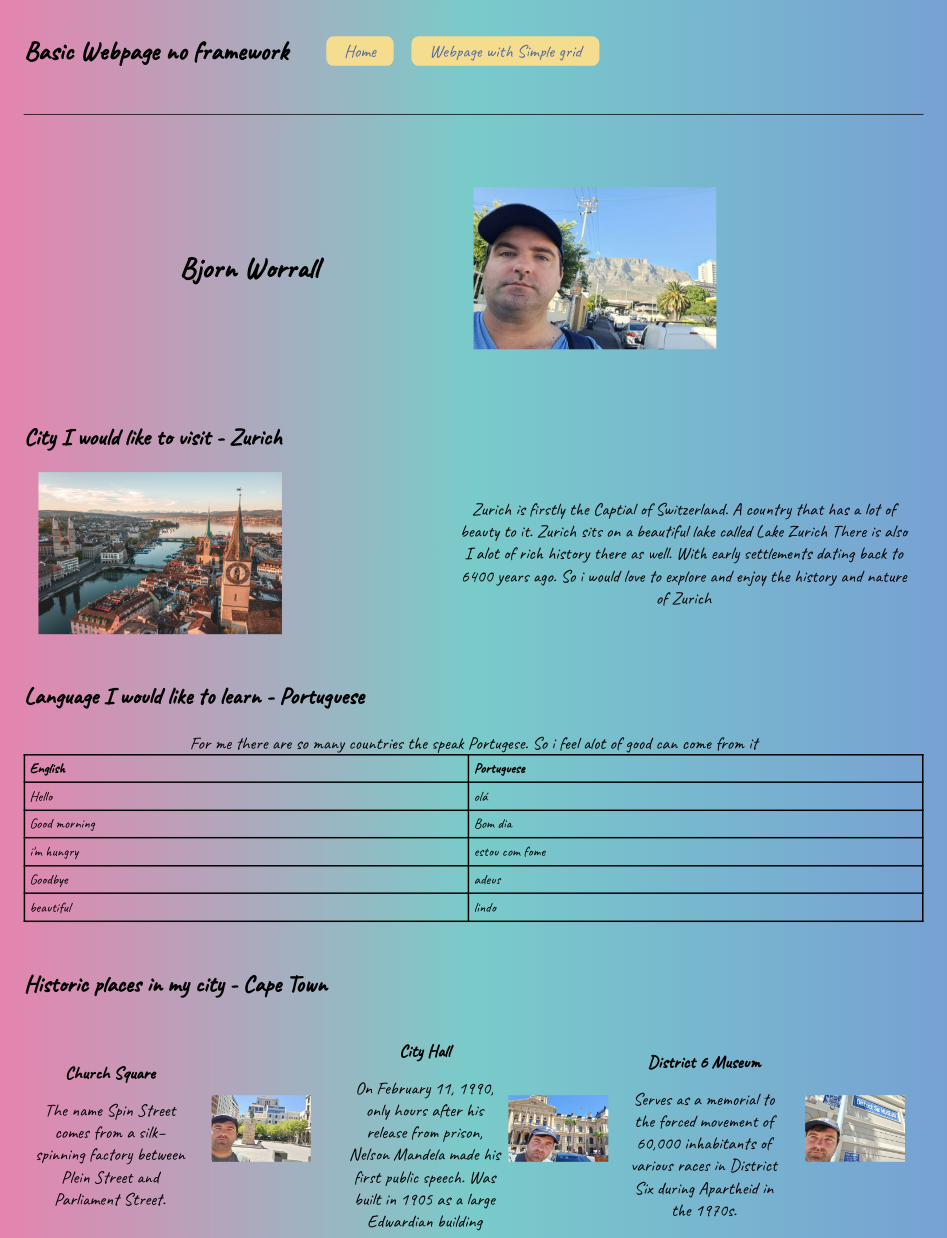
Repository: lasity34/basic-webpage
Page: my - webpage.html
An editor plug-in stored every save of this project. The page is shown before and after the next save, followed by the edit.
The browser window is 1280 px wide. The pictures show the whole page, at 74% of full size.

Above is the page before, as saved 2023-03-09 09:43:45.

### my - webpage.html
<!DOCTYPE html>
<html lang="en">
  <link rel="stylesheet" type="text/css" href="styles.css" />
  <link rel="preconnect" href="https://fonts.googleapis.com" />
  <link rel="preconnect" href="https://fonts.gstatic.com" crossorigin />
  <link
    href="https://fonts.googleapis.com/css2?family=Caveat&display=swap"
    rel="stylesheet"
  />

  <head>
    <meta charset="UTF-8" />
    <meta http-equiv="X-UA-Compatible" content="IE=edge" />
    <meta name="viewport" content="width=device-width, initial-scale=1.0" />
    <title>Basic website</title>
  </head>
  <body>
    <main>
      <header>
        <nav id="nav_profile">
          <h2>Basic Webpage no framework</h2>
          <ul>
            <li><a href="./index.html">Home</a></li>
            <li><a href="./my - webpage - grid.html">Webpage with Simple grid</a></li>
          </ul>
        </nav>
      </header>
      <section id="profile_section">
        <h1 id="profile_name">Bjorn Worrall</h1>
          <img
            id="profile_img"
            src="./images/profile.jpg"
            alt="A picture of me with table Mountain at the back"
          />
      </section>
      <section id="city_section">
        <h1>City I would like to visit - Zurich</h1>
        <div id="city_container">
          <img src="./images/zurich.jpg" width="60%" />
          <p>
            Zurich is firstly the Captial of Switzerland. A country that has a lot
            of beauty to it. Zurich sits on a beautiful lake called Lake Zurich
            There is also I alot of rich history there as well. With early
            settlements dating back to 6400 years ago. So i would love to explore
            and enjoy the history and nature of Zurich
          </div>
          </p>
      </section>
      <section id="language">
        <h1>Language I would like to learn - Portuguese</h1>
        <p>
          For me there are so many countries the speak Portugese. So i feel alot
          of good can come from it
        </p>

        <table>
          <tr>
            <th>English</th>
            <th>Portuguese</th>
          </tr>
          <tr>
            <td>Hello</td>
            <td>olá</td>
          </tr>
          <tr>
            <td>Good morning</td>
            <td>Bom dia</td>
          </tr>
          <tr>
            <td>i'm hungry</td>
            <td>estou com fome</td>
          </tr>
          <tr>
            <td>Goodbye</td>
            <td>adeus</td>
          </tr>
          <tr>
            <td>beautiful</td>
            <td>lindo</td>
          </tr>
        </table>
      </section>
      <section id="historic_places">
        <h1>Historic places in my city - Cape Town</h1>
        <div id="places_grid">
          <div class="places_container">
            <div class="places_info">
              <h2>Church Square</h2>
              <p>
                The name Spin Street comes from a silk–spinning factory between
                Plein Street and Parliament Street.
              </p>
            </div>
            <img src="./images/church_square.jpg" />
          </div>
          <div class="places_container">
            <img src="./images/city_hall.jpg" />
            <div id="places_info_hall">
              <h2>City Hall</h2>

              <p>
                On February 11, 1990, only hours after his release from prison,
                Nelson Mandela made his first public speech. Was built in 1905
                as a large Edwardian building
              </p>
            </div>
          </div>
          <div class="places_container">
            <div class="places_info">
              <h2>District 6 Museum</h2>
              <p>
                Serves as a memorial to the forced movement of 60,000
                inhabitants of various races in District Six during Apartheid in
                the 1970s.
              </p>
            </div>
            <img src="./images/district_6.jpg" />
          </div>
        </div>
      </section>
    </main>
  </body>
</html>

### styles.css
/* global */

* {
  font-family: "Caveat", "Arial Narrow", Arial, sans-serif;
}

body,
html {
  width: 100%;
  height: 100%;
  margin: 0;
  background: #77a1d3; /* fallback for old browsers */
  background: -webkit-linear-gradient(
    to right,
    #e684ae,
    #79cbca,
    #77a1d3
  ); /* Chrome 10-25, Safari 5.1-6 */
  background: linear-gradient(
    to right,
    #e684ae,
    #79cbca,
    #77a1d3
  ); /* W3C, IE 10+/ Edge, Firefox 16+, Chrome 26+, Opera 12+, Safari 7+ */
  padding: 0;
}

main {
  max-width: 95%;
  margin: 1rem auto;
}

header {
  border-bottom: 1px solid black;
  padding-bottom: 2em;
}

ul {
  width: 60%;
}

li {
  list-style: none;
}

a {
  text-decoration: none;
  background-color: #f5dd90;
  color: #586ba4;
  width: 100%;
  padding: 0.2em 1em;
  margin: 1em 0.5em;
  border-radius: 10px;

}

p {
  font-size: 1.2rem;
}

h1 {
  font-size: 2rem;
}

h2 {
  text-align: center;
}

section {
  margin-top: 4rem;
  text-align: center;
}

/* Nav Bar */



#nav_profile ul,
#nav_profile {
  display: flex;
  align-items: center;

}

#nav_profile a {
  font-size: 1.5rem;
}


/* profile */

#profile_name {
  font-size: 2rem;
  text-align: center;

}

#img_container {
  text-align: center;
}

#profile_img {
  width: 60%;
}

/* language */

table {
  margin: auto;
  border-collapse: collapse;
  border-spacing: 0;
}

td,
th {
  border: 2px solid black;
  padding: 0.3em;
  width: 1%;
  text-align: left;
  font-size: 1.2rem;
}

/* historic places */

.places_container {
  display: grid;
  grid-template-columns: 40% 50%;
  padding: 0.5em;
  justify-content: space-around;
  align-items: center;
}

.places_info {
  padding-right: 1.5em;
  text-align: center;
}

#places_info_hall {
  padding-left: 1.5em;
}

.places_container img {
  width: 100%;
  margin: auto;
}


/* max-width 567px */

@media (max-width: 567px) {
  .places_container {
    display: flex;
    flex-direction: column;
    margin: 0.5em 0;
    padding: 0 0.5em;
    border-top: 1px black solid;
  }

  .places_container img {
    width: 65%;
  }

  #places_info_hall {
    order: -1;
    padding-left: 0;
  }

  .places_info,
  #places_info_hall {
    margin-bottom: 2em;
  }

  p {
    font-size: 1.2rem;
  }
}

@media (max-width: 719px) {
  #nav_profile {
    display: block;
  }

  #nav_profile ul {
    display: block;
    margin: 0 auto;
  }

  #nav_profile li {
    margin-top: 1em;
    text-align: center;
  }



  #nav_profile h4 {
    text-align: center;
  }
}

/* min-width 1010px */

@media (min-width: 1010px) {
  main {
    max-width: 95%;
  }

  p {
    font-size: 1.5rem;
  }

  #nav_profile   {
    font-size: 1.5rem;

  }

  #profile_section {
    display: grid;
    grid-template-columns: 50% 45%;
    align-items: center;
    height: 40vh;
  }

  #profile_name {
    font-size: 2.5rem;
  }


  h1 {
    text-align: left;
  }

  p,
  .places_info,
  #places_info_hall {
    margin: auto 0;
  }

  #city_container {
    display: grid;
    justify-content: space-evenly;
    grid-template-columns: 45% 50%;
  }

  #places_grid {
    display: grid;
    grid-template-columns: 33% 33% 33%;
  }

  #places_info_hall {
    order: -1;
  }

  .places_container {
    grid-template-columns: 60% 35%;
  }
}

/* landing page */

#landing_title {
  text-align: center;
  color: rgb(111, 65, 8);
  font-size: 3rem;
  background-color: rgba(255, 255, 255, 0.2);
}

#nav_landing {
  height: 80vh;
  display: flex;
  justify-content: space-around;
  align-items: center;
}

#nav_landing ul {
  display: flex;
  justify-content: space-around;
  align-content: center;
  height: 13vh;
}

a:hover {
  background-color: black;
  color: green;
}

a:hover {
  color: green;
}

#whole_body {
  background-color: rgba(18, 16, 16, 1);
  background-image: url(./images/landing.jpg);
  background-size: cover;
  background-repeat: no-repeat;
  background-position: center center;
  margin: 0;
}

After the next save:
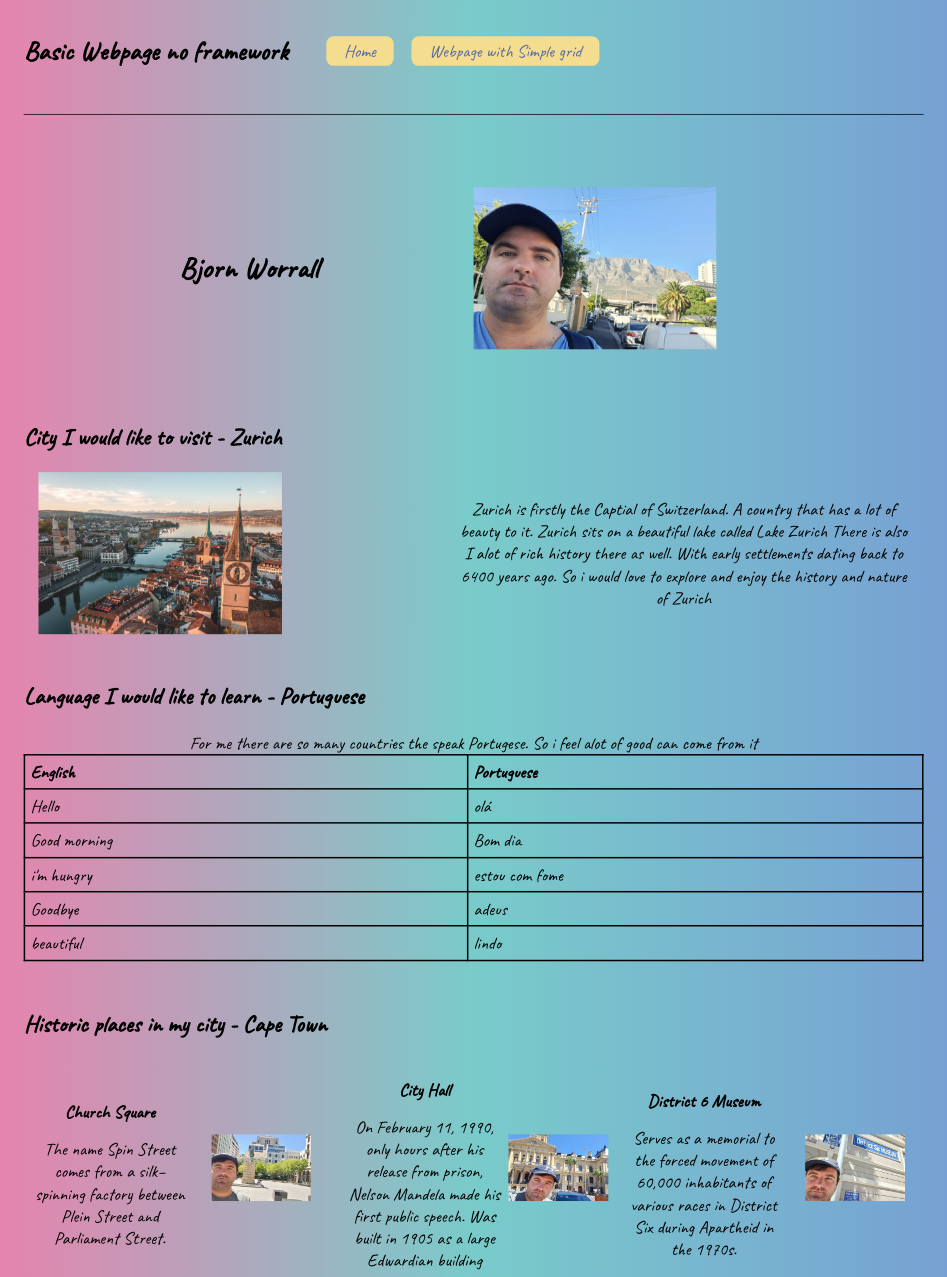
Saved 82 s later.
--- a/styles.css
+++ b/styles.css
@@ -204,7 +204,7 @@ th {
     max-width: 95%;
   }
 
-  p {
+  p,td, th  {
     font-size: 1.5rem;
   }
 
